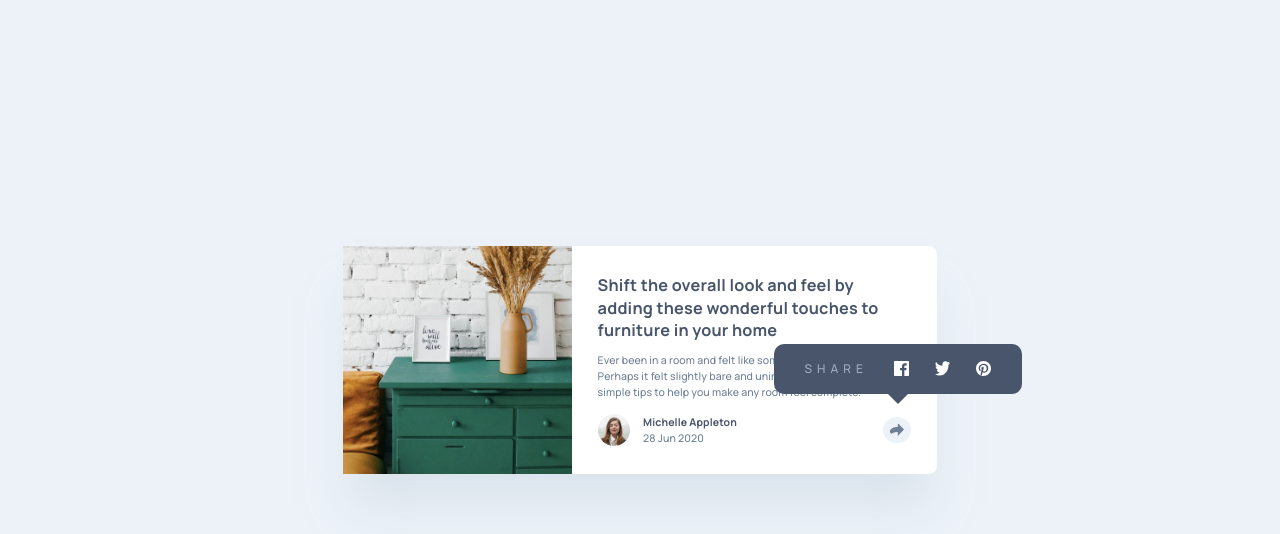
Repository: brandontaylor1/article-preview-component
Page: index.html
An editor plug-in stored every save of this project. The page is shown before and after the next save, followed by the edit.
The browser window is 1280 px wide. The pictures show the whole page.
After loading, the first visible `img.share-btn` was clicked once.

Above is the page before, as saved 2025-01-15 20:23:49.

After the next save:
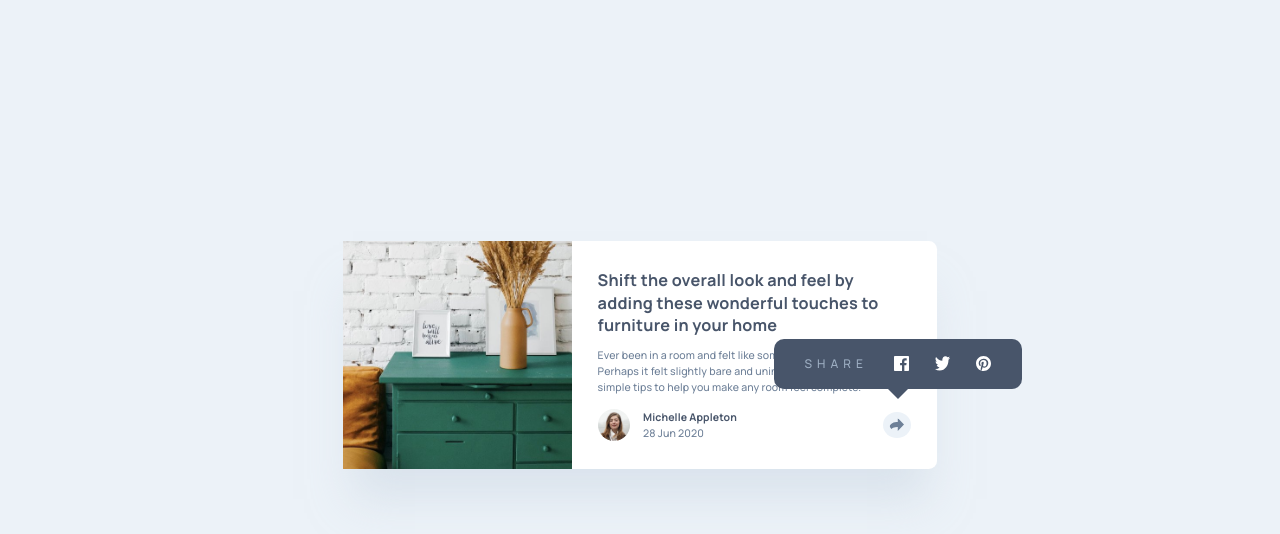
Saved 26 s later.
--- a/index.js
+++ b/index.js
@@ -6,4 +6,5 @@ shareBtn.addEventListener('click', () => {
     console.log("Clicked")
     shareBox.classList.toggle('closed-box');
     shareBox.classList.toggle('open-box');
+    component.classList.toggle('elevated');
 })
